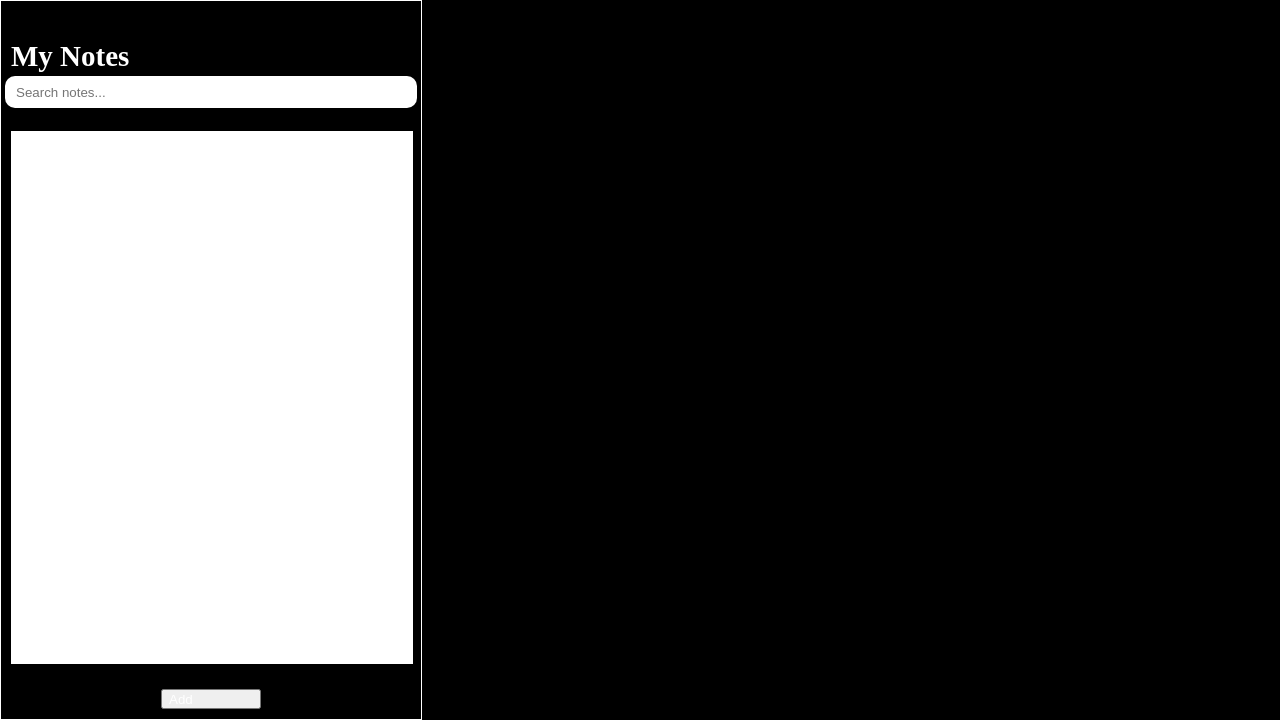
Repository: dmpelaez/myNotes
Page: QuickNotes.html
An editor plug-in stored every save of this project. The page is shown before and after the next save, followed by the edit.
The browser window is 1280 px wide. The pictures show the whole page.

Above is the page before, as saved 2025-12-18 20:49:40.

After the next save:
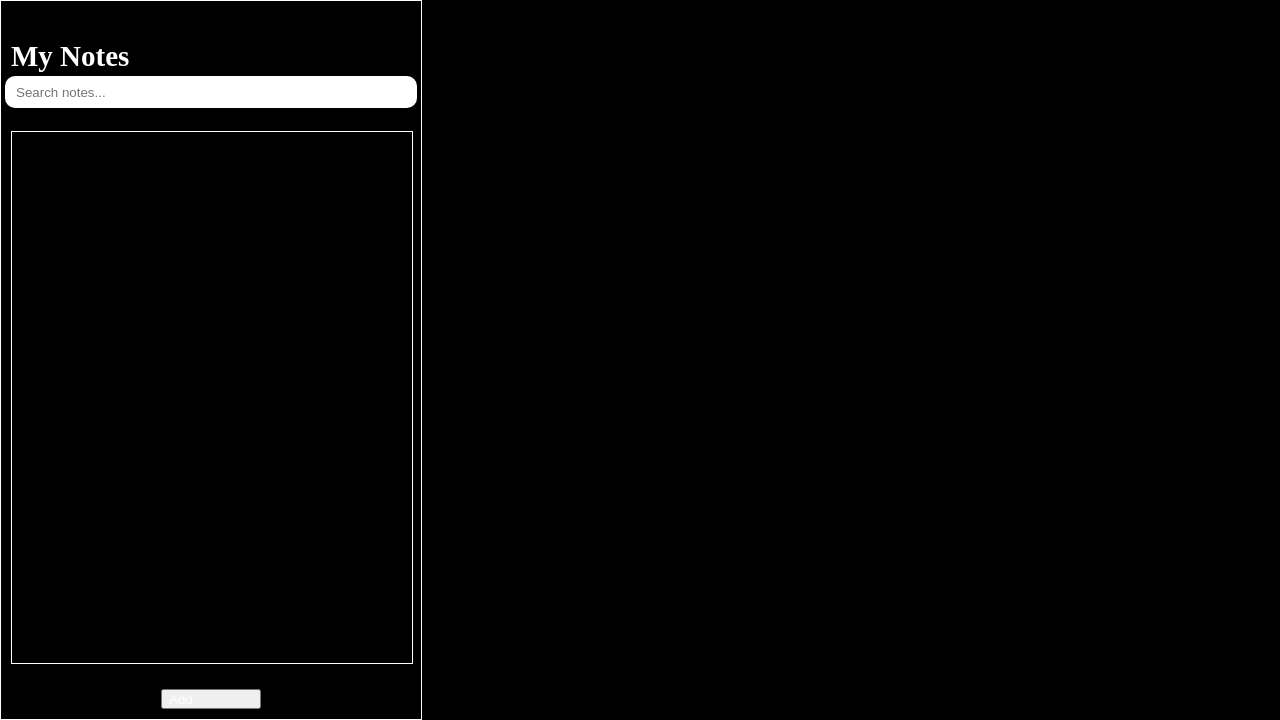
Saved 5 s later.
--- a/QuickNotes.css
+++ b/QuickNotes.css
@@ -54,5 +54,5 @@ body {
 
 .note-list {
   display: grid;
-  background: white;
+
 }
